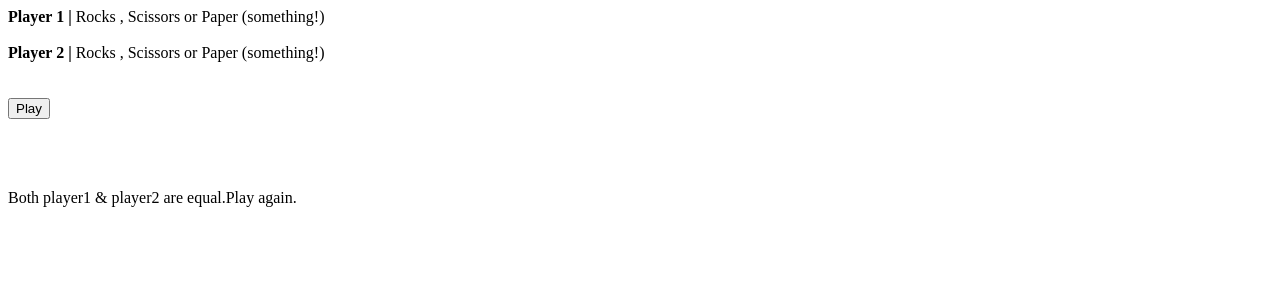
Repository: zinminkhantoo/assignment01
Page: http://localhost/Mheiktila TU IT Club/001/Problem5.php
The author's editor kept a copy of each file at every save. The page is drawn from the files as they stood at one save, then again after the next save.
The browser window is 1280 px wide. The pictures show the whole page.
The page is run by PHP 8.4 with error messages shown; the project is at /var/www/html/.

Above is the page before, as saved 2020-04-15 17:37:23.

After the next save:
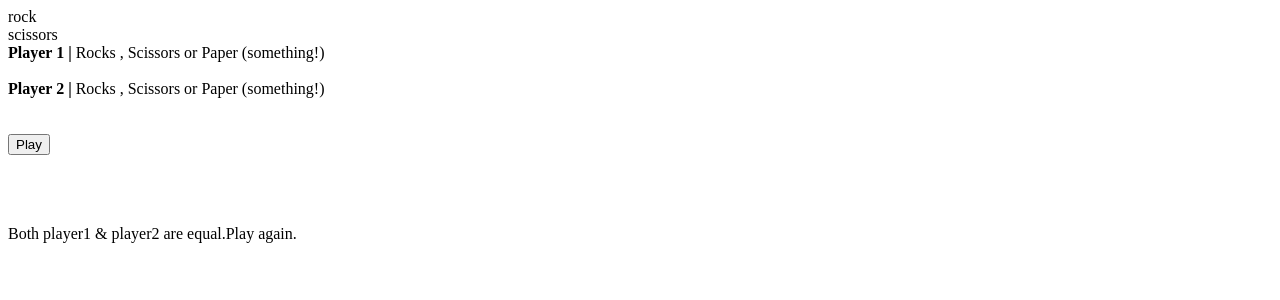
Saved 2 min 35 s later.
--- a/Test/Mheiktila TU IT Club/001/Problem5.php
+++ b/Test/Mheiktila TU IT Club/001/Problem5.php
@@ -15,7 +15,7 @@
         case 2: $stateP2 = "scissors";break;
         case 3: $stateP2 = "paper";break;
     }
-
+    echo $stateP1."</br>".$stateP2;
     if ($stateP1 == "rock" && $stateP2=="scissors")
         $P1win = 1;
         elseif ($stateP2 == "rock" && $stateP1=="scissors")

After the save that followed:
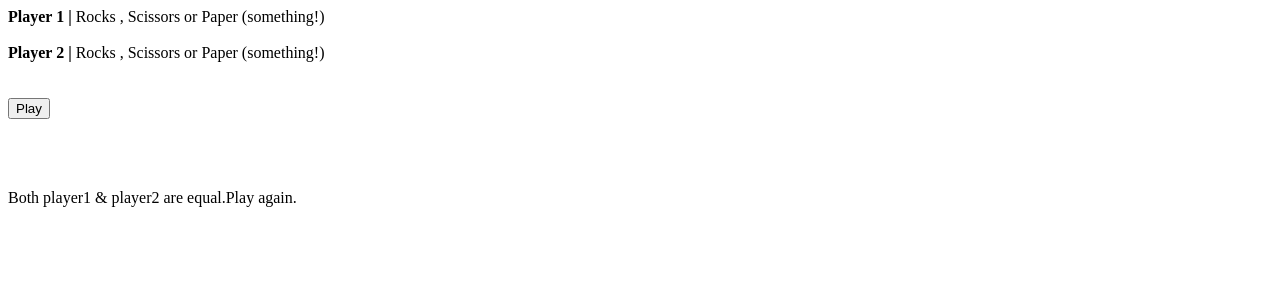
Saved 31 s later.
--- a/Test/Mheiktila TU IT Club/001/Problem5.php
+++ b/Test/Mheiktila TU IT Club/001/Problem5.php
@@ -15,7 +15,6 @@
         case 2: $stateP2 = "scissors";break;
         case 3: $stateP2 = "paper";break;
     }
-    echo $stateP1."</br>".$stateP2;
     if ($stateP1 == "rock" && $stateP2=="scissors")
         $P1win = 1;
         elseif ($stateP2 == "rock" && $stateP1=="scissors")
